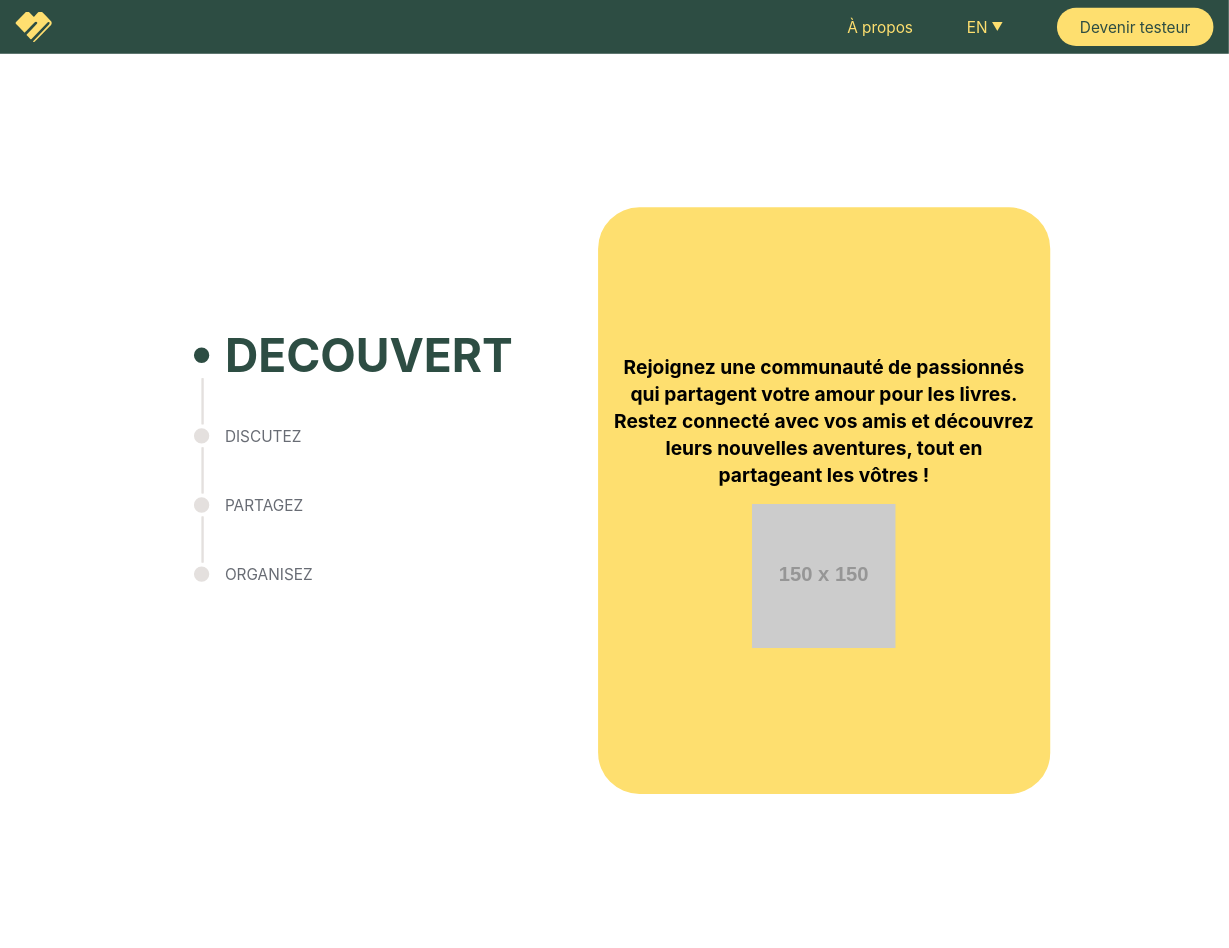
Repository: enas-elm/bookish-landing
Page: /
The author's editor kept a copy of each file at every save. The page is drawn from the files as they stood at one save, then again after a run of saves.
The browser window is 1280 px wide. The pictures show the whole page, at 96% of full size.
The project was rebuilt for these pictures with package versions that can differ from the ones it lists, and the page was loaded fresh each time.

Above is the page before, as saved 2024-09-12 10:32:01.

After the next 3 saves:
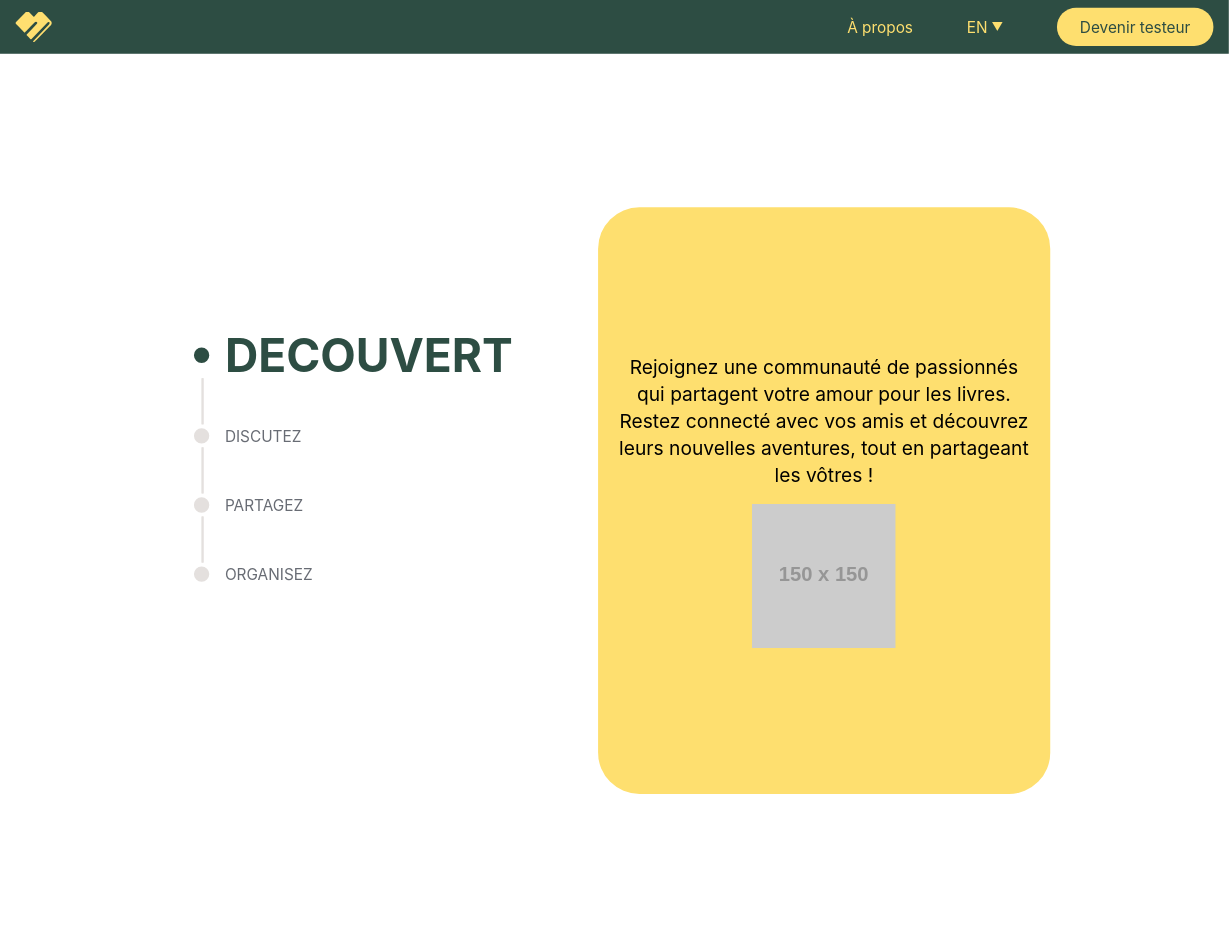
The 3 saves are shown as one change because they came seconds apart.
The last was saved 41 s later.
--- a/src/components/TimeLine.js
+++ b/src/components/TimeLine.js
@@ -96,7 +96,7 @@ function TimelineMenu() {
       >
         {selectedItem ? (
           <>
-            <p className="text-xl font-bold">{selectedItem.description}</p>
+            <p className="text-xl">{selectedItem.description}</p>
             <img
               src={selectedItem.imageUrl}
               alt={selectedItem.label}
